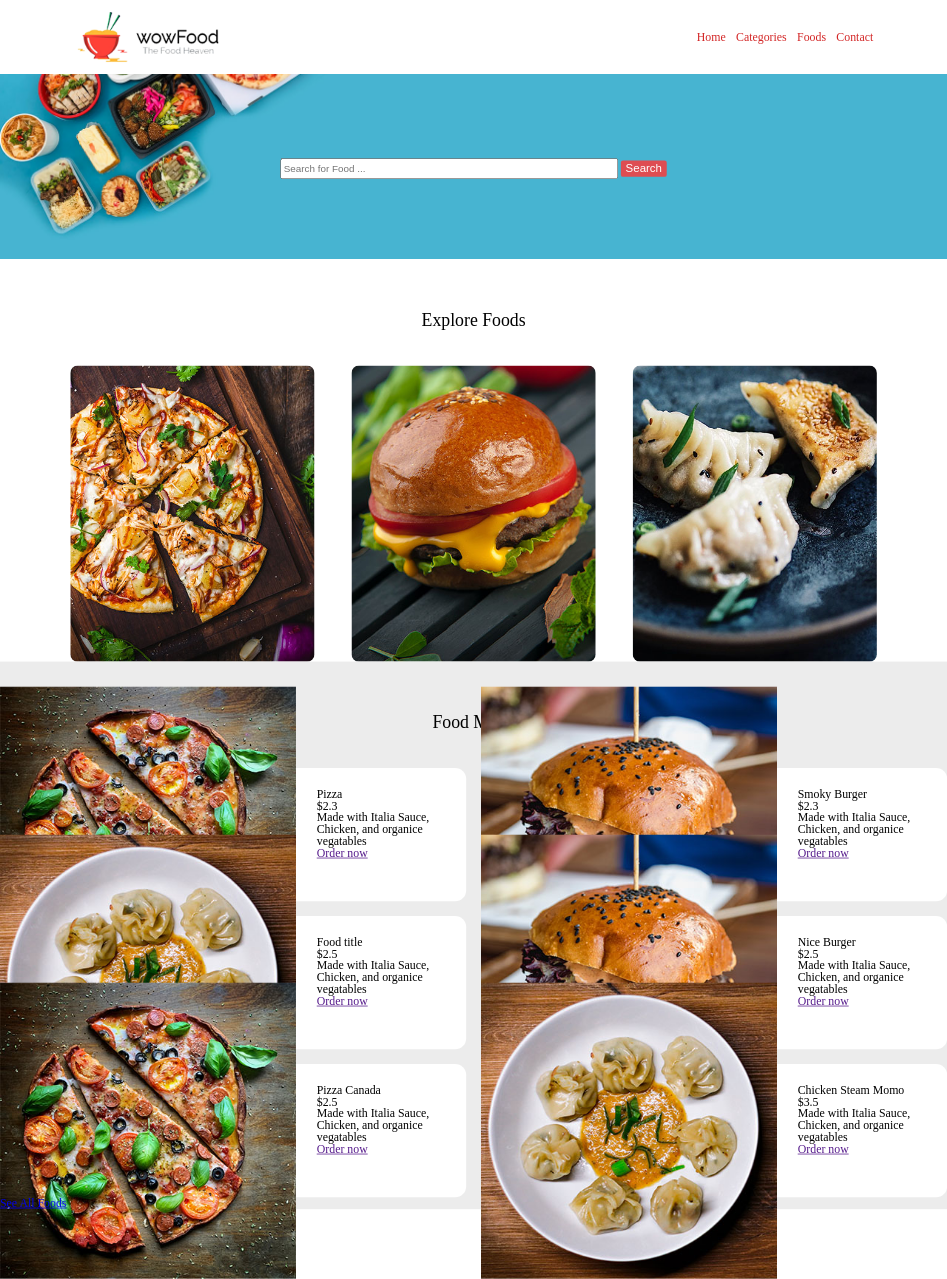
Repository: ruaruababa/WowFood
Page: index.html
An editor plug-in stored every save of this project. The page is shown before and after a run of saves, followed by the edit.
The browser window is 1280 px wide. The pictures show the whole page, at 74% of full size.

Above is the page before, as saved 2021-09-18 00:50:48.

### index.html
<!DOCTYPE html>
<html lang="en">

<head>
    <meta charset="UTF-8" />
    <meta http-equiv="X-UA-Compatible" content="IE=edge" />
    <meta name="viewport" content="width=device-width, initial-scale=1.0" />
    <title>Document</title>
    <link rel="stylesheet" href="./style.css" />
    <link rel="stylesheet" href="./reset.css" />
</head>

<body>
    <header>
        <div class="container-header">
            <div class="header-left">
                <img src="./img/logo.png" alt="" />
            </div>
            <div class="header-right">
                <ul class="nav">
                    <li class="item"><a href="">Home</a></li>
                    <li class="item"><a href="">Categories</a></li>
                    <li class="item"><a href="">Foods</a></li>
                    <li class="item"><a href="">Contact</a></li>
                </ul>
            </div>
        </div>
    </header>
    <nav>
        <div class="container-nav">
            <div class="background-search">
                <img src="./img/bg.jpg" alt="bgr-search" />
            </div>
            <div class="form">
                <input type="text" placeholder="Search for Food ..." class="input-search" />
                <input type="button" value="Search" class="btn-search" />
            </div>
        </div>
    </nav>
    <section>
        <div class="container-section">
            <div class="explore-food">Explore Foods</div>
            <div class="collection-food">
                <ul class="list-food">
                    <li class="item"><img src="./img/pizza.jpg" alt="" /></li>
                    <li class="item"><img src="./img/burger.jpg" alt="" /></li>
                    <li class="item"><img src="./img/momo.jpg" alt="" /></li>
                </ul>
            </div>
        </div>
    </section>
    <article>
        <div class="container-article">
            <div class="title-food-menu">Food Menu</div>
            <div class="container-menu">
                <div class="container-item">
                    <img src="./img/menu-pizza.jpg" alt="" class="bgr-item">
                    <div class="item-content">
                        <h6 class="title-item">Pizza</h6>
                        <span class="price-item">$2.3</span>
                        <p class="des-item">Made with Italia Sauce, Chicken, and organice vegatables</p>
                        <a href="" class="oder-item">Order now</a>
                    </div>
                </div>
                <div class="container-item">
                    <img src="./img/menu-burger.jpg" alt="" class="bgr-item">
                    <div class="item-content">
                        <h6 class="title-item">Smoky Burger</h6>
                        <span class="price-item">$2.3</span>
                        <p class="des-item">Made with Italia Sauce, Chicken, and organice vegatables</p>
                        <a href="" class="oder-item">Order now</a>
                    </div>
                </div>
                <div class="container-item">
                    <img src="./img/menu-momo.jpg" alt="" class="bgr-item">
                    <div class="item-content">
                        <h6 class="title-item">Food title</h6>
                        <span class="price-item">$2.5</span>
                        <p class="des-item">Made with Italia Sauce, Chicken, and organice vegatables</p>
                        <a href="" class="oder-item">Order now</a>
                    </div>
                </div>
                <div class="container-item">
                    <img src="./img/menu-burger.jpg" alt="" class="bgr-item">
                    <div class="item-content">
                        <h6 class="title-item">Nice Burger</h6>
                        <span class="price-item">$2.5</span>
                        <p class="des-item">Made with Italia Sauce, Chicken, and organice vegatables</p>
                        <a href="" class="oder-item">Order now</a>
                    </div>
                </div>
                <div class="container-item">
                    <img src="./img/menu-pizza.jpg" alt="" class="bgr-item">
                    <div class="item-content">
                        <h6 class="title-item">Pizza Canada</h6>
                        <span class="price-item">$2.5</span>
                        <p class="des-item">Made with Italia Sauce, Chicken, and organice vegatables</p>
                        <a href="" class="oder-item">Order now</a>
                    </div>
                </div>
                <div class="container-item">
                    <img src="./img/menu-momo.jpg" alt="" class="bgr-item">
                    <div class="item-content">
                        <h6 class="title-item">Chicken Steam Momo</h6>
                        <span class="price-item">$3.5</span>
                        <p class="des-item">Made with Italia Sauce, Chicken, and organice vegatables</p>
                        <a href="" class="oder-item">Order now</a>
                    </div>
                </div>
            </div>
            <div class="footer-food-menu">
                <a href="#" class="see-all-foods">See All Foods</a>
            </div>
        </div>
    </article>
</body>

</html>

### style.css
.container-header {
    display: flex;
    justify-content: space-between;
    align-items: center;
    margin-top: 15px;
}

.header-left {
    display: flex;
    margin-left: 100px;
}

.header-left img {}

.name-brand {
    margin-top: 50%;
}

.header-right {
    margin-right: 100px;
}

.nav {
    list-style: none;
}

.nav li {
    display: inline;
    padding-left: 10px;
}

.nav li a {
    text-decoration: none;
    color: rgb(211, 38, 38);
}

nav {
    position: relative;
    max-width: 100%;
    max-height: 100%;
    height: 250px;
}

.container-nav {
    text-align: center;
    margin-top: 15px;
}

.background-search {
    height: 250px;
}

.background-search img {
    height: inherit;
    width: 100%;
    object-fit: cover;
}

.form {
    width: 100%;
    position: absolute;
    top: 50%;
    left: 50%;
    transform: translate(-50%, -50%);
    height: 22px;
}

.input-search {
    width: 35%;
    height: inherit;
}

.btn-search {
    background-color: rgba(250, 59, 59, 0.849);
    border: none;
    border-radius: 3px;
    font-size: 15.5px;
    color: white;
    height: inherit;
}

section {
    position: relative;
}

.explore-food {
    padding-top: 70px;
    text-align: center;
    font-size: 24px;
}

.list-food {
    margin-top: 50px;
    display: flex;
    justify-content: center;
    column-gap: 50px;
}

.list-food li {
    width: 330px;
    height: 400px;
}

.list-food li img {
    width: 100%;
    height: 100%;
    object-fit: cover;
    border-radius: 10px;
}

article{
    background-color: #ececec;
}

.title-food-menu {
    padding-top: 70px;
    font-size: 24px;
    text-align: center;
}

.container-menu {
    padding-top: 50px;
    display: grid;
    grid-gap: 20px;
    grid-template-columns: repeat(auto-fit, minmax(550px, 1fr));
    grid-auto-rows: 180px;
    justify-items: center;
}
.container-item:nth-child(odd){
    justify-self: end;
}
.container-item:nth-child(even){
    justify-self: start;
}
.container-item{
    background-color: #ffffff;
    display: flex;
    align-items: center;
    border-radius: 15px;
}
.container-item img + .item-content{
    width: 25%;
    height: 70%;
    object-fit: cover;
    border-radius: 15px;
    margin: 0 28px;
}

.item-content{
    display: inline-block;
}

Loaded but not shown: reset.css (common file)

After the next 2 saves:
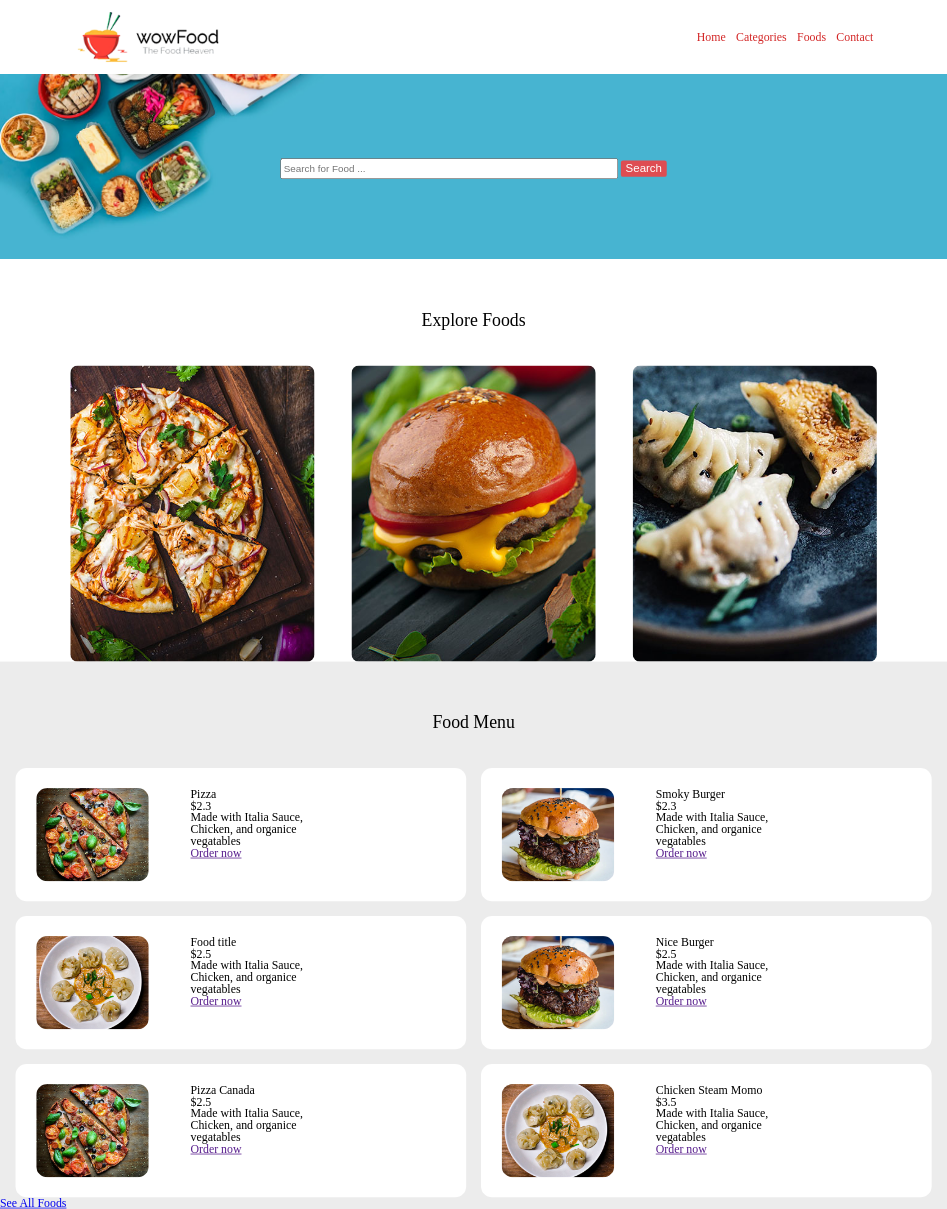
The 2 saves are shown as one change because they came seconds apart.
The last was saved 9 s later.
--- a/style.css
+++ b/style.css
@@ -138,7 +138,7 @@ article{
     align-items: center;
     border-radius: 15px;
 }
-.container-item img + .item-content{
+.container-item img,.item-content{
     width: 25%;
     height: 70%;
     object-fit: cover;
